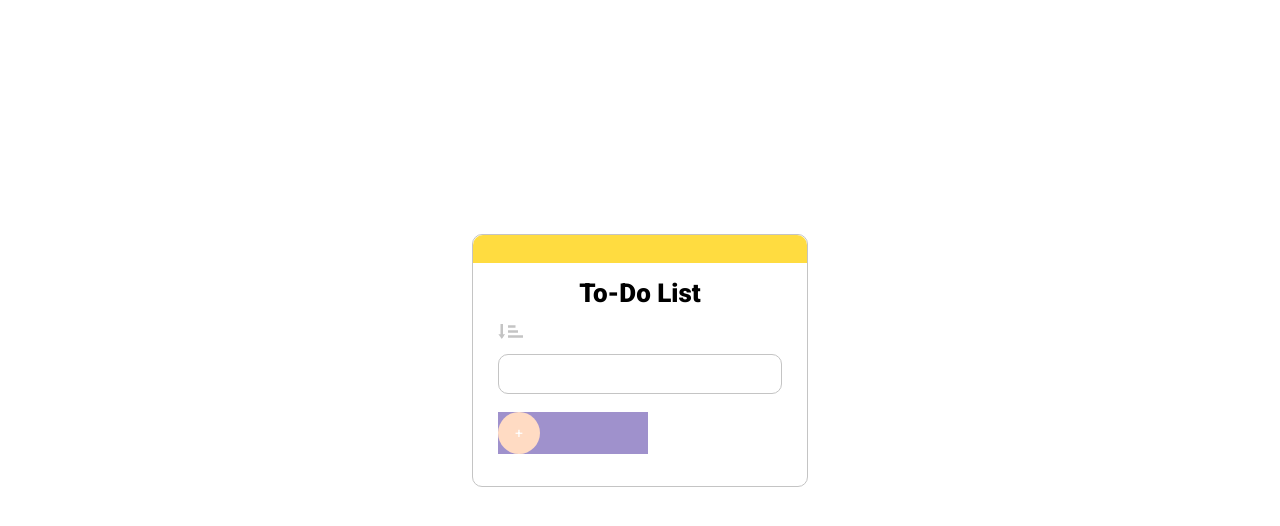
Repository: PoladEziz/Task-15
Page: index.html
These files come from the project's save history. The page is drawn as it stood at one moment and after a run of saves; the edit follows.
The browser window is 1280 px wide. The pictures show the whole page.
The style sheet was rebuilt from its Sass, Less or Tailwind sources for each picture, by a compiler version that may differ from the author's.

Above is the page before, as saved 2023-08-10 15:38:27.

After the next 2 saves:
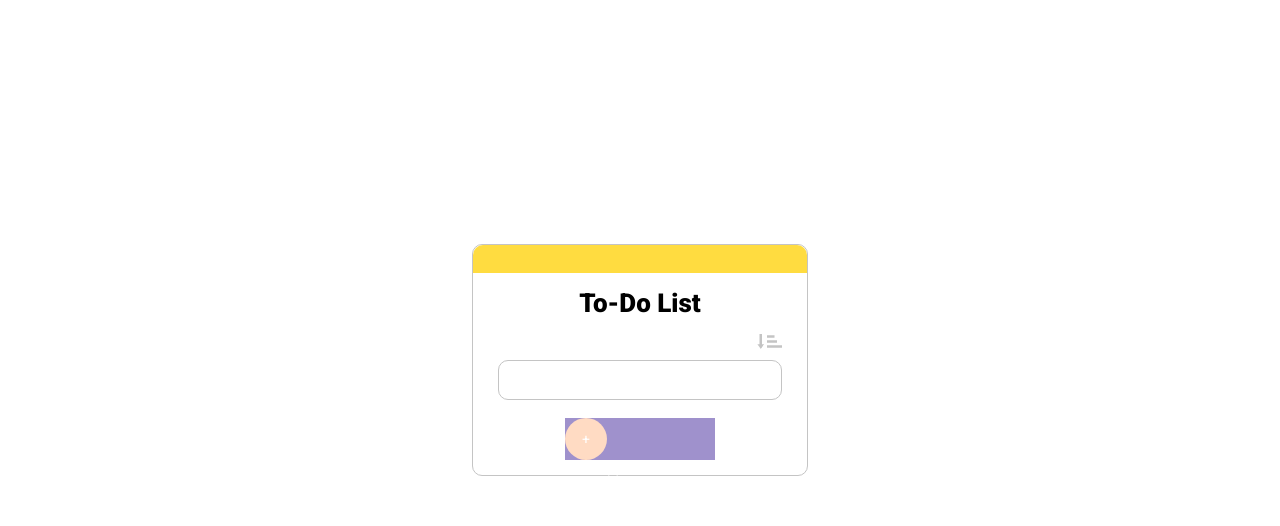
The 2 saves are shown as one change because they came seconds apart.
The last was saved 29 s later.
--- a/index.scss
+++ b/index.scss
@@ -26,9 +26,7 @@
     .box-bottom {
       width: 100%;
       padding: 15px 25px;
-      display: flex;
-      flex-direction: column;
-      align-items: center;
+
       h1 {
         margin-bottom: 16px;
         color: #000;
@@ -41,6 +39,9 @@
         text-transform: capitalize;
       }
       form{
+        display: flex;
+        flex-direction: column;
+        align-items: center;
         img {
           width: 25px;
           height: 15px;
